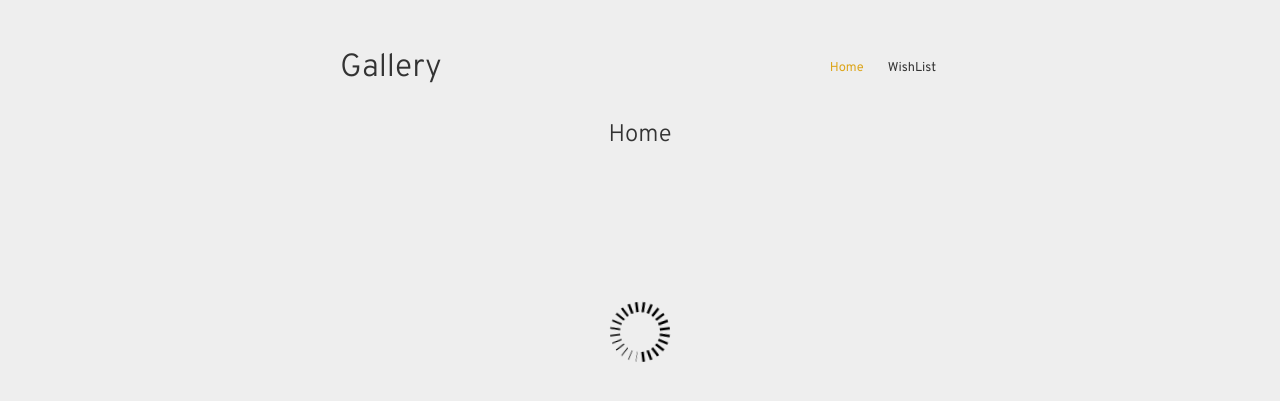
Repository: azwick/image-gallery
Page: /
These files come from the project's save history. The page is drawn as it stood at one moment and after the next save; the edit follows.
The browser window is 1280 px wide. The pictures show the whole page.
The page's requests for data from a server got no answer. The project was rebuilt for these pictures with package versions that can differ from the ones it lists, and the page was loaded fresh each time. No one was signed in, and anything a server would have sent is missing. Also part of the build but not shown: vite.config.ts, src/components/SVGs.tsx, src/components/ImageListItem.tsx, src/FavoritesView.tsx, src/components/imageList.scss, src/components/ImageList.tsx.

Above is the page before, as saved 2023-12-14 13:26:34.

After the next save:
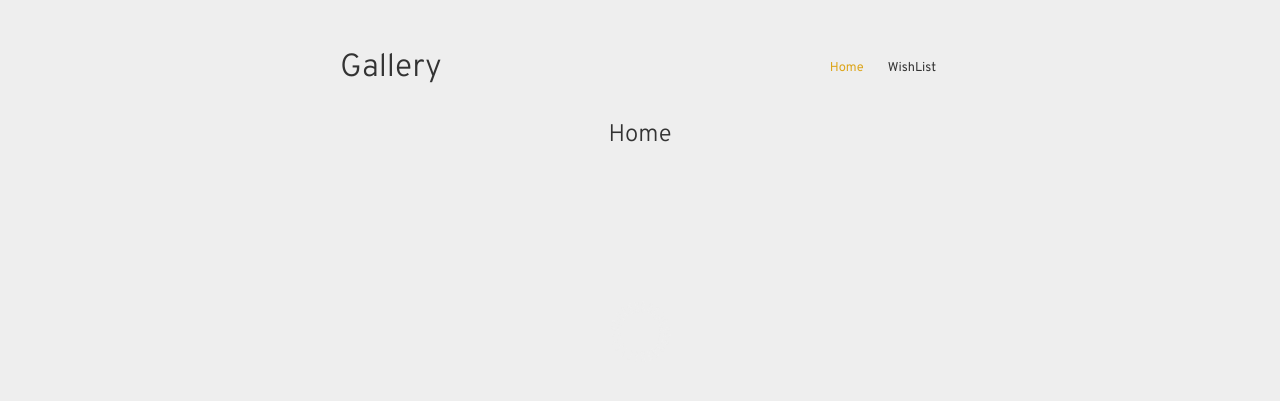
Saved 18 s later.
--- a/src/components/spinner.scss
+++ b/src/components/spinner.scss
@@ -22,7 +22,7 @@
     transform-origin: center;
 
     path {
-    fill: var(--midGrey);
+    fill: var(--lightGrey);
     }
     }
   }

After the save that followed:
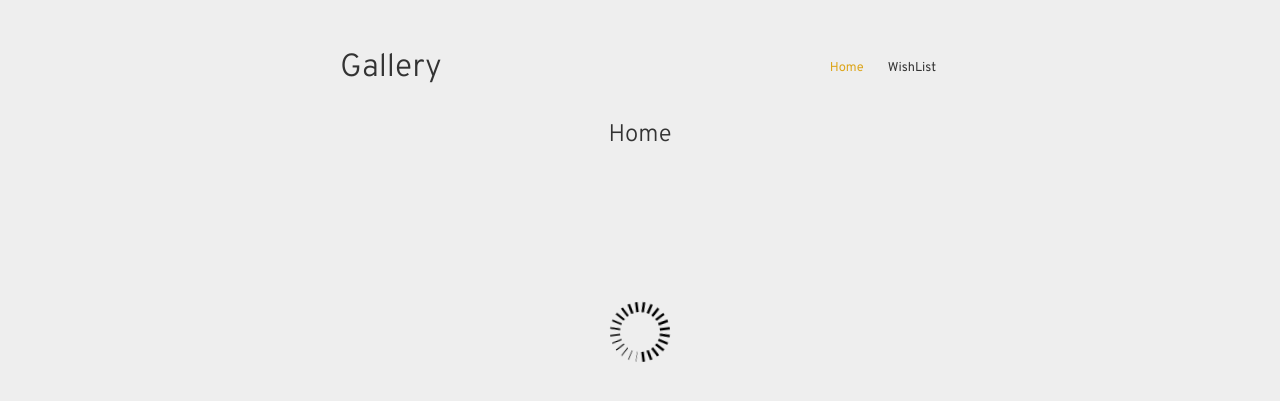
Saved 22 s later.
--- a/src/components/spinner.scss
+++ b/src/components/spinner.scss
@@ -22,7 +22,7 @@
     transform-origin: center;
 
     path {
-    fill: var(--lightGrey);
+    fill: var(--midGrey);
     }
     }
   }
